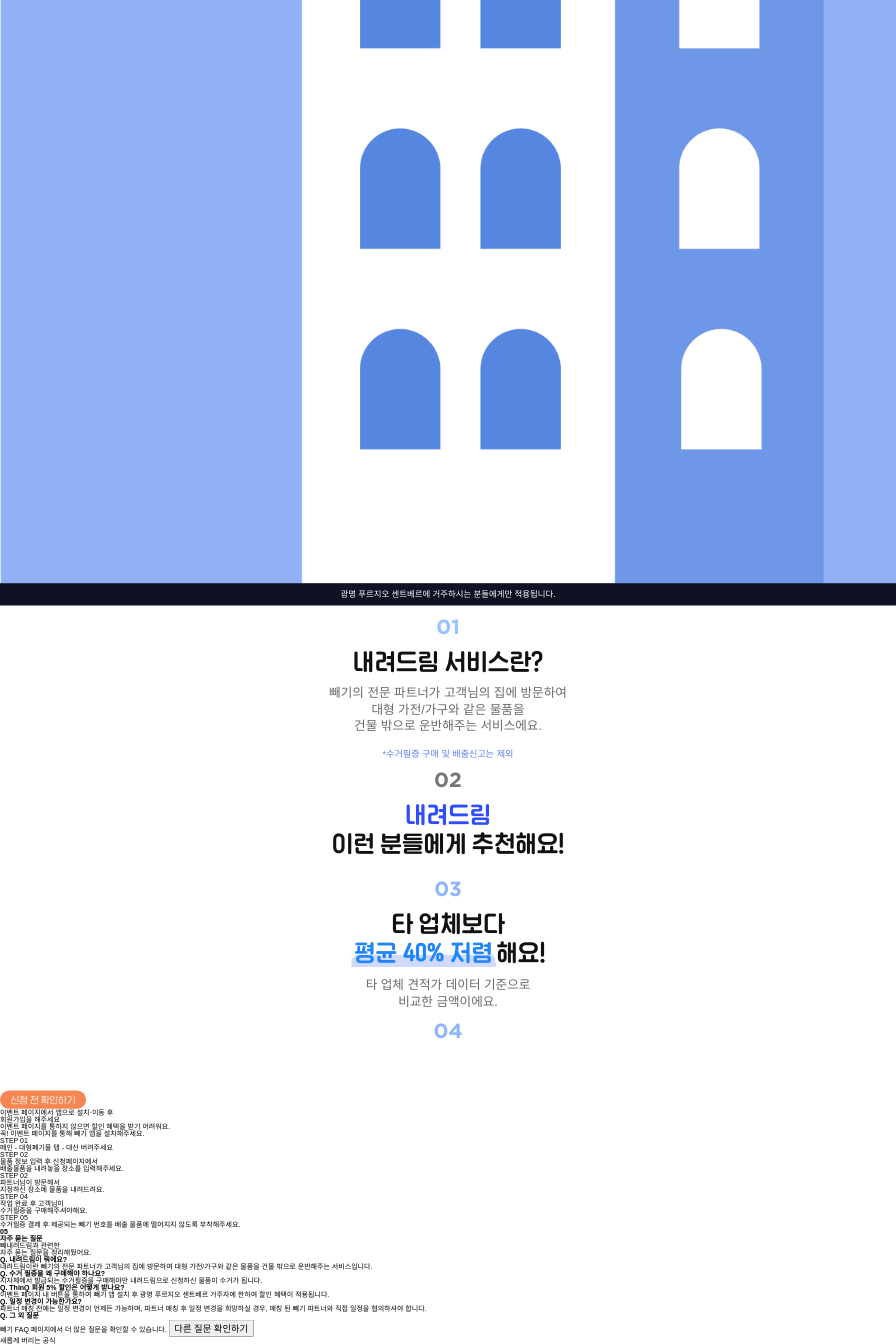
Repository: seraLeeDev/lgthinq-test
Page: index2.html
These files come from the project's save history. The page is drawn as it stood at one moment and after the next save; the edit follows.
The browser window is 1280 px wide. The pictures show the part of the page from y = 2610 to 4530 px (the page is 4530 px tall), at 70% of full size.
Some web fonts or font styles are not loaded; a fallback is used.

Above is the page before, as saved 2023-03-14 15:15:22.
Console error: ReferenceError: AOS is not defined

After the next save:
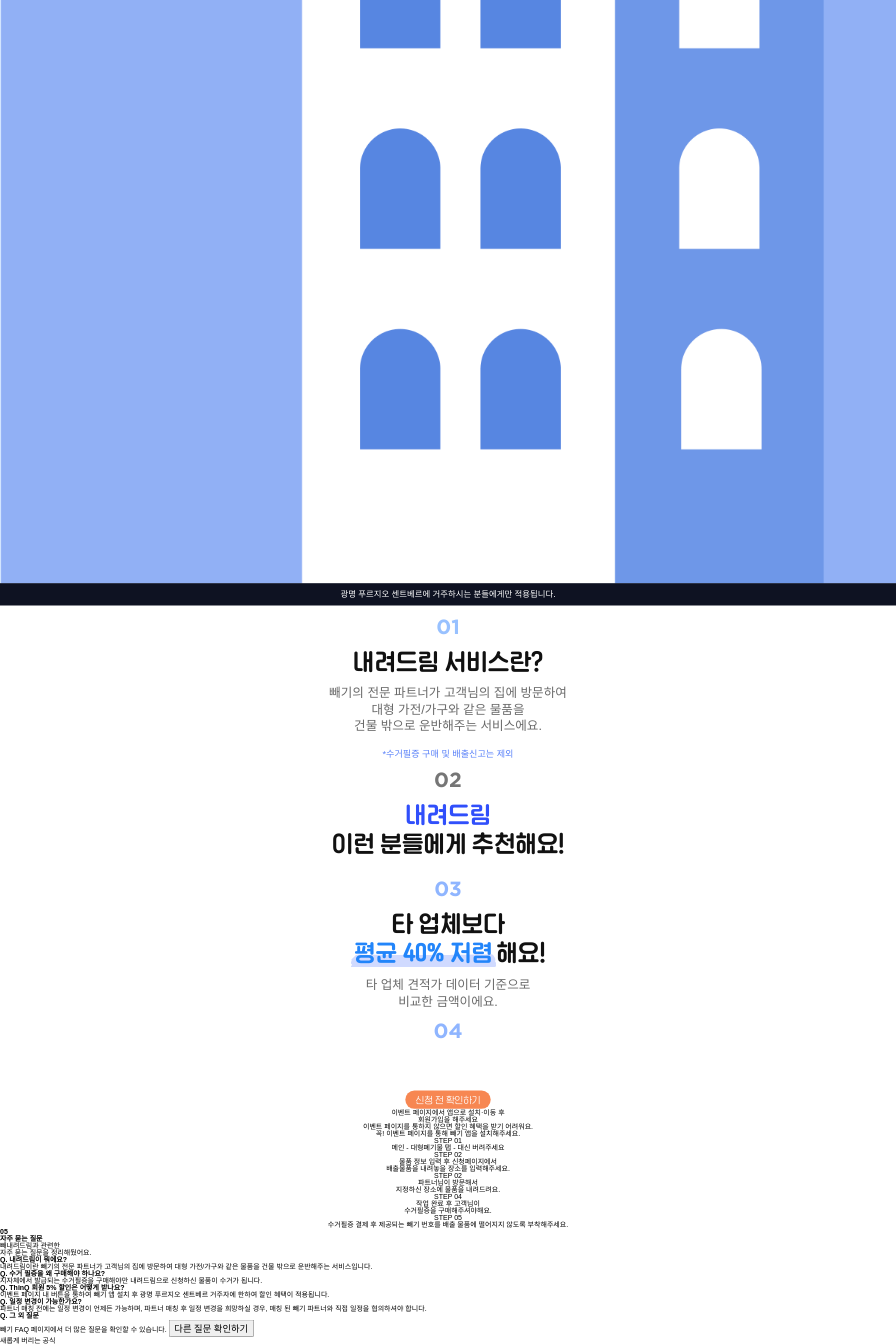
Saved 12 s later.
--- a/index2.html
+++ b/index2.html
@@ -152,53 +152,54 @@
           <div class="box-content">
             <b class="index text-blue-04">04</b>
             <h2 class="GGothic h2 text-white">내려드림 신청 방법</h2>
-          </div>
-          <div>
-            <span class="box-chip GGothic text-white bg-orange02"
-              >신청 전 확인하기</span
-            >
-            <p>
-              이벤트 페이지에서 앱으로 설치·이동 후 <br />회원가입을 해주세요
-            </p>
-          </div>
-          <div>
-            <small
-              >이벤트 페이지를 통하지 않으면 할인 혜택을 받기 어려워요.<br />
-              꼭! 이벤트 페이지를 통해 빼기 앱을 설치해주세요.</small
-            >
-          </div>
-          <div>
-            <span>STEP 01</span>
-            <p>메인 - 대형폐기물 탭 - 대신 버려주세요</p>
-          </div>
-
-          <div>
-            <span>STEP 02</span>
-            <p>
-              물품 정보 입력 후 신청페이지에서<br />
-              배출물품을 내려놓을 장소를 입력해주세요.
-            </p>
-          </div>
-          <div>
-            <span>STEP 02</span>
-            <p>
-              파트너님이 방문해서<br />
-              지정하신 장소에 물품을 내려드려요.
-            </p>
-          </div>
-          <div>
-            <span>STEP 04</span>
-            <p>
-              작업 완료 후 고객님이<br />
-              수거필증을 구매해주셔야해요.
-            </p>
-          </div>
-          <div>
-            <span>STEP 05</span>
-            <p>
-              수거필증 결제 후 제공되는 빼기 번호를 배출 물품에 떨어지지 않도록
-              부착해주세요.
-            </p>
+
+            <div>
+              <span class="box-chip GGothic text-white bg-orange02"
+                >신청 전 확인하기</span
+              >
+              <p>
+                이벤트 페이지에서 앱으로 설치·이동 후 <br />회원가입을 해주세요
+              </p>
+            </div>
+            <div>
+              <small
+                >이벤트 페이지를 통하지 않으면 할인 혜택을 받기 어려워요.<br />
+                꼭! 이벤트 페이지를 통해 빼기 앱을 설치해주세요.</small
+              >
+            </div>
+            <div>
+              <span>STEP 01</span>
+              <p>메인 - 대형폐기물 탭 - 대신 버려주세요</p>
+            </div>
+
+            <div>
+              <span>STEP 02</span>
+              <p>
+                물품 정보 입력 후 신청페이지에서<br />
+                배출물품을 내려놓을 장소를 입력해주세요.
+              </p>
+            </div>
+            <div>
+              <span>STEP 02</span>
+              <p>
+                파트너님이 방문해서<br />
+                지정하신 장소에 물품을 내려드려요.
+              </p>
+            </div>
+            <div>
+              <span>STEP 04</span>
+              <p>
+                작업 완료 후 고객님이<br />
+                수거필증을 구매해주셔야해요.
+              </p>
+            </div>
+            <div>
+              <span>STEP 05</span>
+              <p>
+                수거필증 결제 후 제공되는 빼기 번호를 배출 물품에 떨어지지
+                않도록 부착해주세요.
+              </p>
+            </div>
           </div>
         </section>
       </article>
